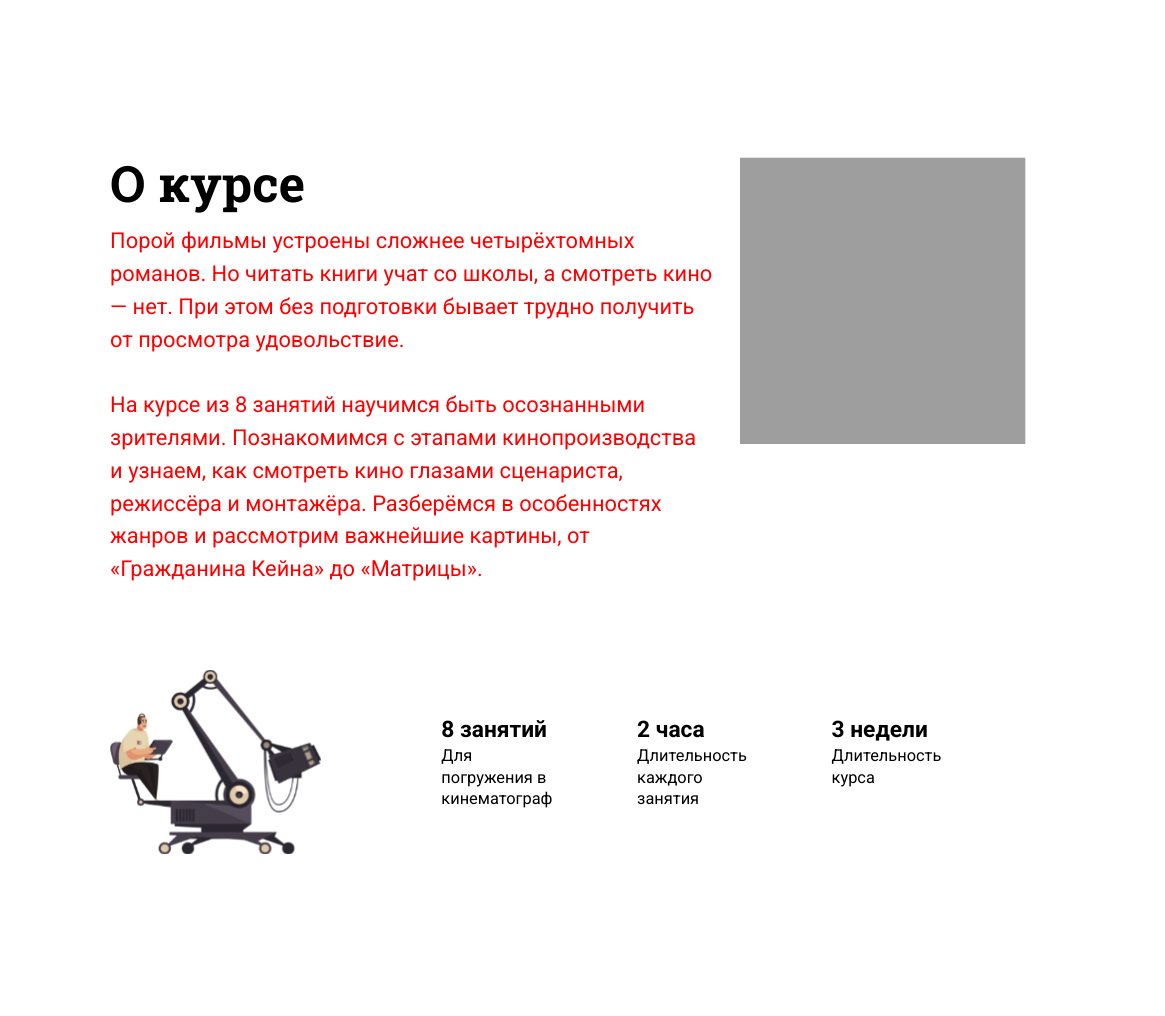
Repository: FaridRustamov09/task8
Page: index.html
An editor plug-in stored every save of this project. The page is shown before and after the next save, followed by the edit.
The browser window is 1280 px wide. The pictures show the whole page, at 91% of full size.
Pictures or frames that could not be fetched are drawn as grey boxes.

Above is the page before, as saved 2023-11-06 18:29:54.

### index.html
<!DOCTYPE html>
<html lang="en">
  <head>
    <meta charset="UTF-8" />
    <meta name="viewport" content="width=device-width, initial-scale=1.0" />
    <title>Document</title>
    <link rel="stylesheet" href="index.css" />
  </head>
  <body>
    <div class="container">
      <div class="box-1">
        <div class="text-container">
          <h1>О курсе</h1>

          <p>
            Порой фильмы устроены сложнее четырёхтомных романов. Но читать книги
            учат со школы, а смотреть кино — нет. При этом без подготовки бывает
            трудно получить от просмотра удовольствие. <br />
            <br />
            На курсе из 8 занятий научимся быть осознанными зрителями.
            Познакомимся с этапами кинопроизводства и узнаем, как смотреть кино
            глазами сценариста, режиссёра и монтажёра. Разберёмся в особенностях
            жанров и рассмотрим важнейшие картины, от «Гражданина Кейна» до
            «Матрицы».
          </p>
        </div>
        <img src="./_1 1.svg" alt="" />
      </div>
      <div class="box-2">
        <img src="./photo 1.svg" alt="" />
        <ul>
          <li>
            <h2>8 занятий</h2>
            <p>Для погружения в кинематограф</p>
          </li>
          <li>
            <h2>2 часа</h2>
            <p>Длительность каждого занятия</p>
          </li>
          <li>
            <h2>3 недели</h2>
            <p>Длительность курса</p>
          </li>
        </ul>
      </div>
    </div>
  </body>
</html>

### index.css
@import url('https://fonts.googleapis.com/css2?family=Roboto+Slab:wght@700&family=Roboto:wght@400;700&display=swap');
* {
  margin: 0;
  padding: 0;
  box-sizing: border-box;
}
.container {
  padding: 173px 153px 178px 121px;
}

.box-1 {
  display: flex;
  justify-content: space-between;
}
.box-1 img{
    width: 314px;
height: 315px;
}
.text-container {
  width: 662px;
}
.text-container h1 {
  color: #000;
  font-family: Roboto Slab;
  font-size: 55px;
  font-style: normal;
  font-weight: 700;
  line-height: 101.385%;
}
.text-container p {
  margin-top: 18px;
  color: #000;
  font-family: Roboto;
  font-size: 24px;
  font-style: normal;
  font-weight: 400;
  line-height: 150%;
  color: red;
}
.box-2 {
    display: flex;
    align-items: center;
    margin-top: 93px;
  }
  .box-2 img{
    width: 232px;
height: 203px;
  }
.box-2 ul {
  display: flex;
  margin-left: 132px;

}
.box-2 ul li {
    list-style-type: none;
    margin-right: 93px;
}

.box-2 ul li h2{
    color: #000;
    font-family: Roboto;
    font-size: 25px;
    font-style: normal;
    font-weight: 700;
    line-height: 130%;
}
.box-2 ul li p{
    color: #000;
    font-family: Roboto;
    font-size: 18px;
    font-style: normal;
    font-weight: 400;
    line-height: 130%; /* 23.4px */
}

After the next save:
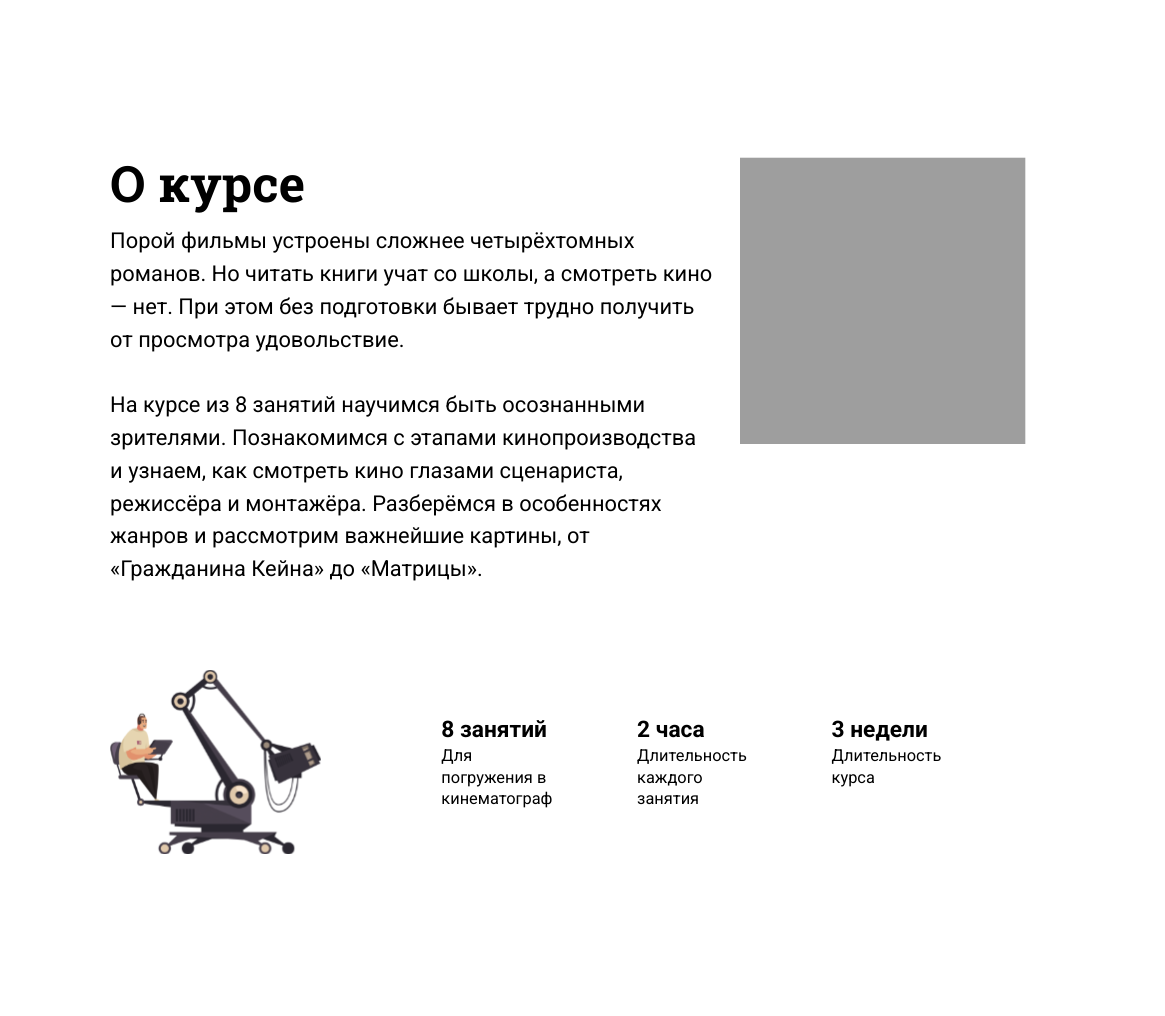
Saved 10 s later.
--- a/index.css
+++ b/index.css
@@ -35,7 +35,7 @@ height: 315px;
   font-style: normal;
   font-weight: 400;
   line-height: 150%;
-  color: red;
+
 }
 .box-2 {
     display: flex;
